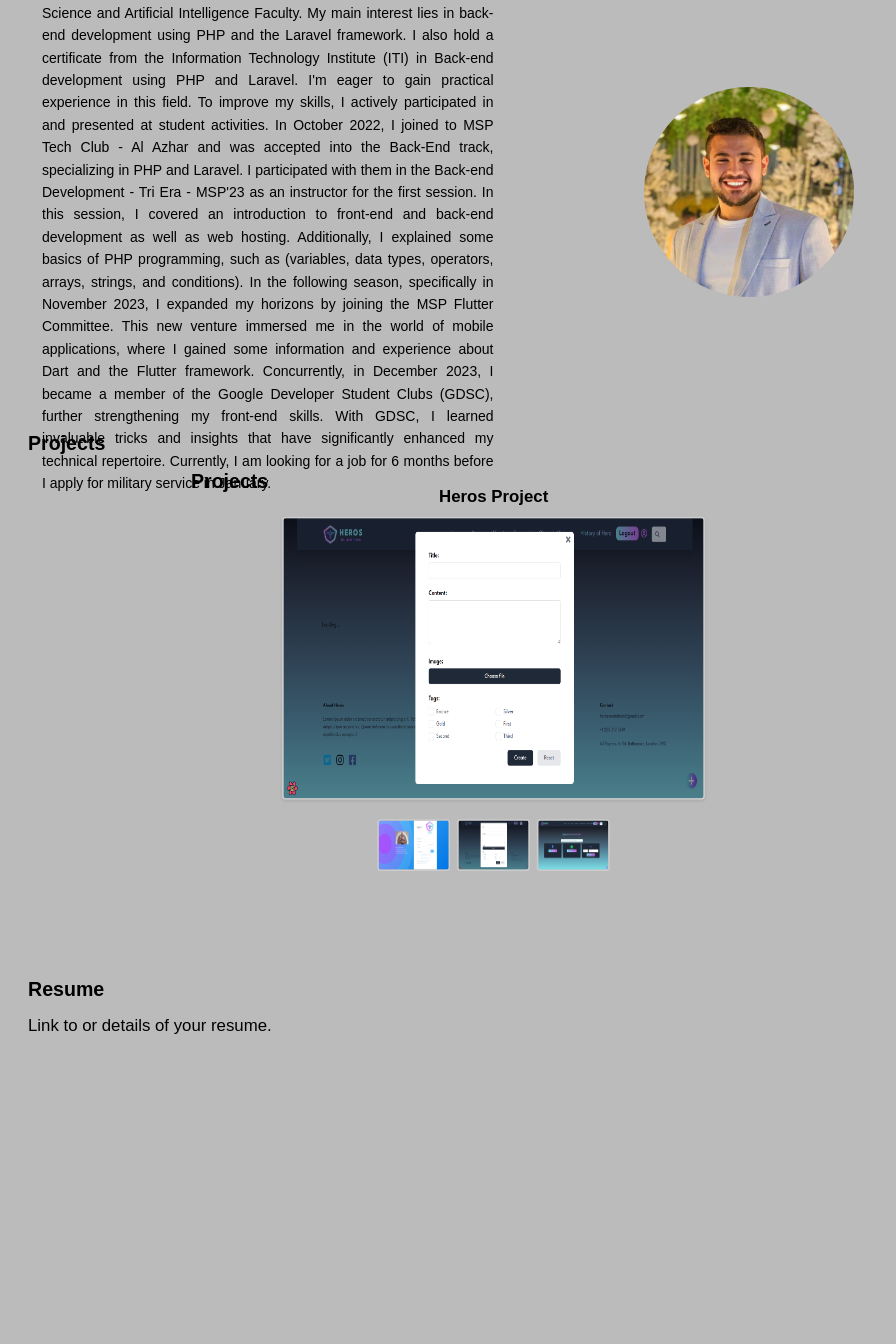
Repository: Salah-Wael/Salah-EL-Din-Portfolio
Page: index.html
An editor plug-in stored every save of this project. The page is shown before and after the next save, followed by the edit.
The browser window is 1280 px wide. The pictures show the part of the page from y = 306 to 2226 px (the page is 3237 px tall), at 70% of full size.

Above is the page before, as saved 2024-07-13 05:44:28.

After the next save:
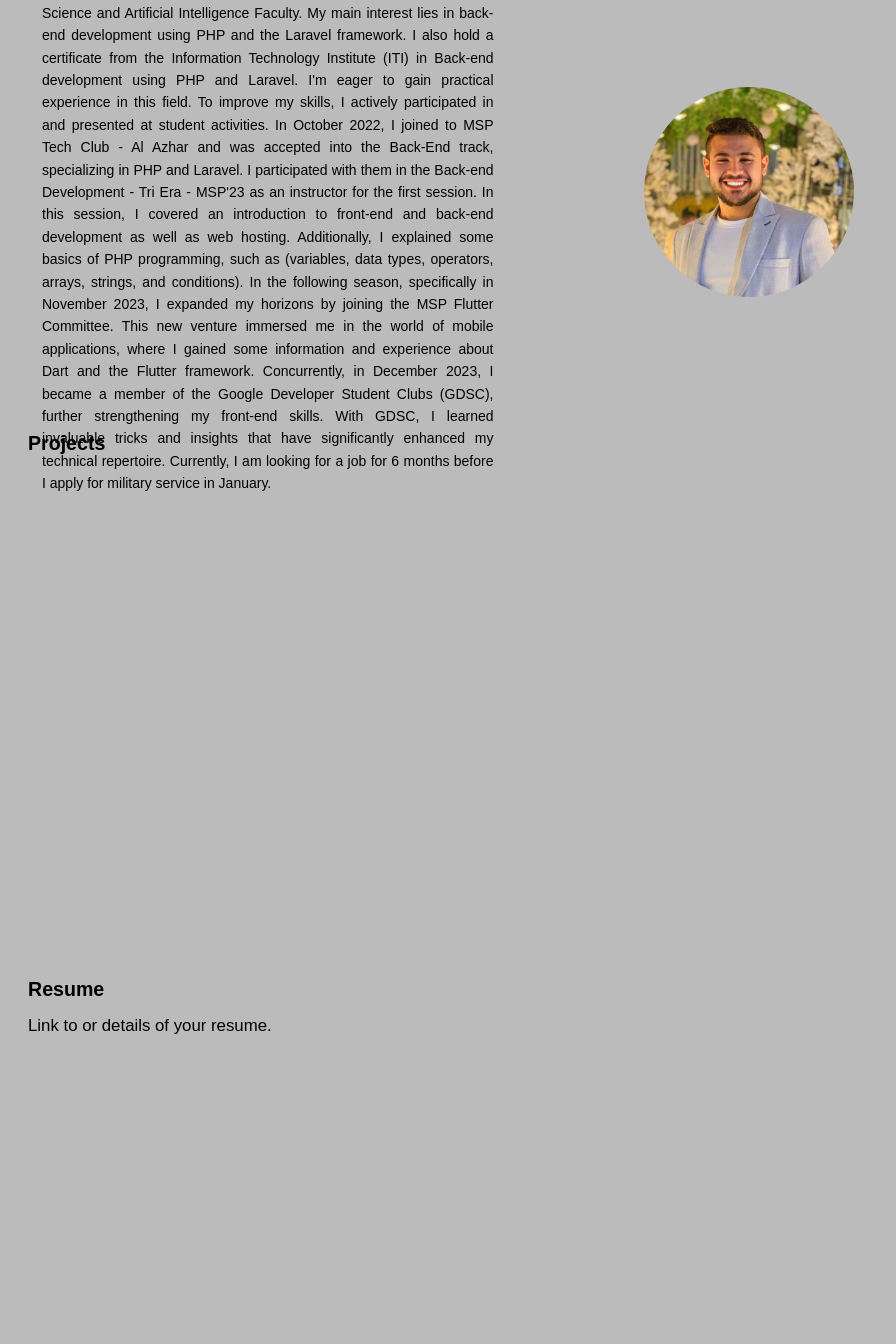
Console error: TypeError: Cannot set properties of null (setting 'src')
Saved 5 s later.
--- a/index.html
+++ b/index.html
@@ -76,7 +76,7 @@
 
 
 
-      <h2>Projects</h2>
+      <!-- <h2>Projects</h2>
     <div class="projects-container">
       <div class="project">
         <h3>Heros Project</h3>
@@ -90,7 +90,7 @@
         </div>
       </div>
     </div>
-    </div>
+    </div> -->
   </section>
   <section id="resume">
     <h2>Resume</h2>

After the save that followed:
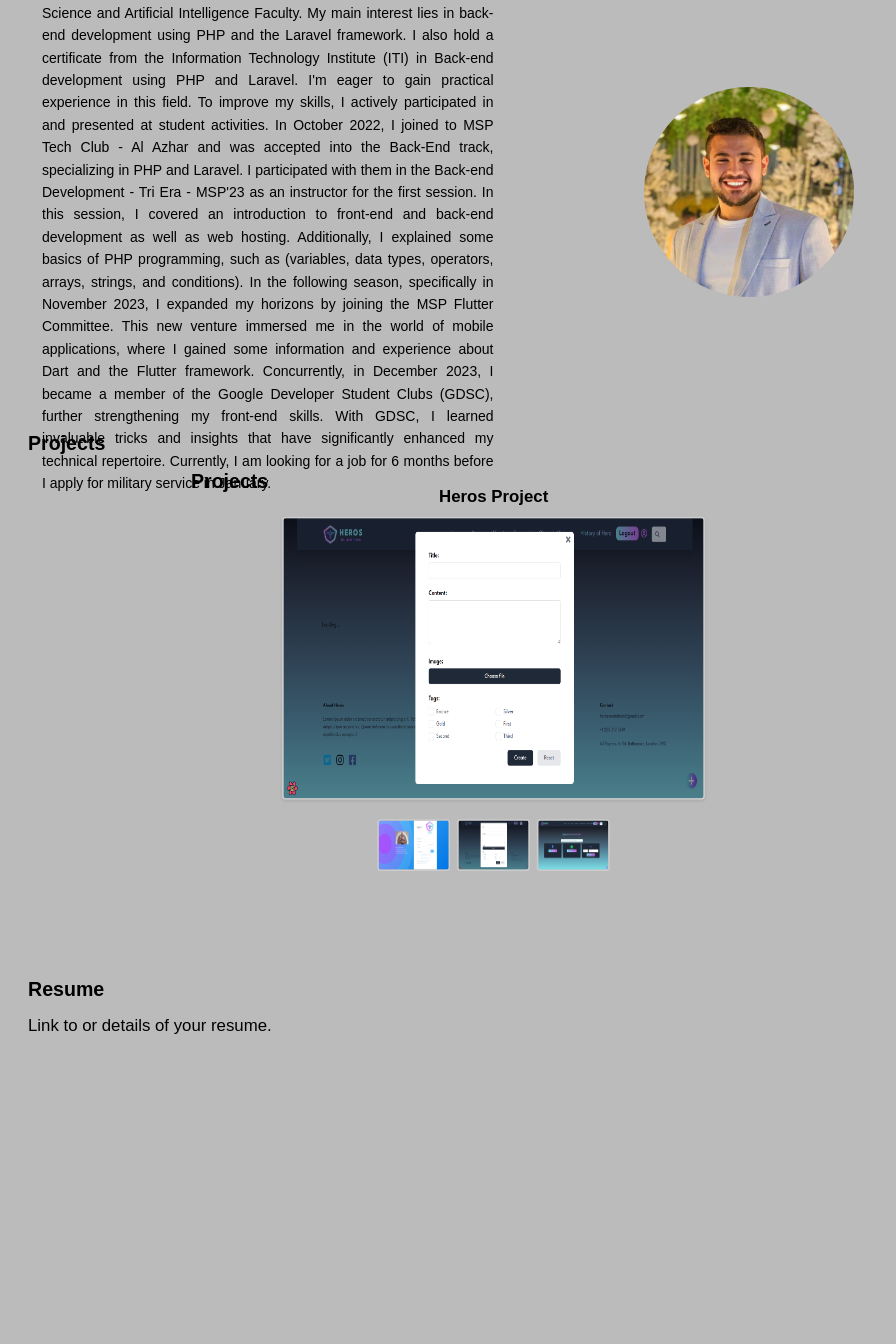
The error is gone.
Saved 5 s later.
--- a/index.html
+++ b/index.html
@@ -76,7 +76,7 @@
 
 
 
-      <!-- <h2>Projects</h2>
+      <h2>Projects</h2>
     <div class="projects-container">
       <div class="project">
         <h3>Heros Project</h3>
@@ -90,7 +90,7 @@
         </div>
       </div>
     </div>
-    </div> -->
+    </div>
   </section>
   <section id="resume">
     <h2>Resume</h2>
